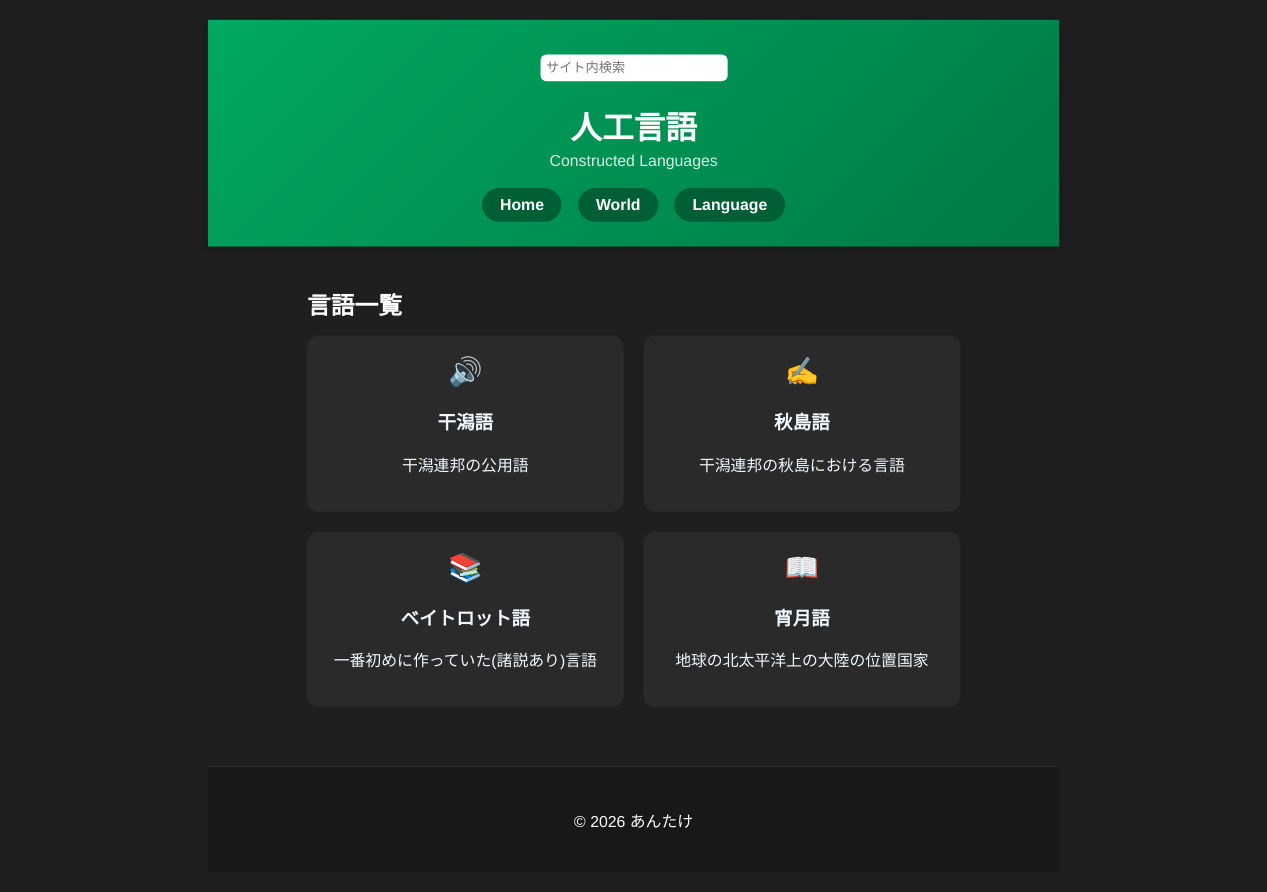
Repository: Player5270-antake/Player5270-antake.github.io
Page: language/index.html
The author's editor kept a copy of each file at every save. The page is drawn from the files as they stood at one save, then again after the next save.
The browser window is 1280 px wide. The pictures show the whole page, at 99% of full size.

Above is the page before, as saved 2026-03-09 08:57:22.

### language/index.html
<!DOCTYPE html>
<html lang="ja">
<head>
    <meta charset="UTF-8">
    <meta name="viewport" content="width=device-width, initial-scale=1.0">
    <title>人工言語 | あんたけのガレージセンター</title>
    <link rel="stylesheet" href="../css/base.css">
    <link rel="stylesheet" href="../css/layout.css">
    <link rel="stylesheet" href="../css/header.css">
    <link rel="stylesheet" href="../css/mainpage.css">
</head>

<body>
    <div class="container">
        <header>
            <div class="search-box">
                <input type="text" id="searchInput" placeholder="サイト内検索">
                <div id="searchResults"></div>
            </div>
            <h1>人工言語</h1>
            <p>Constructed Languages</p>
            <nav class="header-nav">
                <a href="../">Home</a>
                <a href="../world/">World</a>
                <a href="index.html">Language</a>
            </nav>
        </header>
        <main>
            <h2>言語一覧</h2>
            <div class="cards">
            <a href="hagalen/" class="card">
                <div class="card-icon">🔊</div>
                <h3>干潟語</h3>
                <p>干潟連邦の公用語</p>
            </a>
            <a href="akshalen/" class="card">
                <div class="card-icon">✍️</div>
                <h3>秋島語</h3>
                <p>干潟連邦の秋島における言語</p>
            </a>
            <a href="beytrotten/" class="card">
                <div class="card-icon">📚</div>
                <h3>ベイトロット語</h3>
                <p>一番初めに作っていた(諸説あり)言語</p>
            </a>
            <a href="yoizkel/" class="card">
                <div class="card-icon">📖</div>
                <h3>宵月語</h3>
                <p>地球の北太平洋上の大陸の位置国家</p>
            </a>
        </div>
        </main>
        <footer>
            <p>© 2026 あんたけ</p>
        </footer>
    </div>
    <script src="../javascript/main.js" defer></script>
    <script src="../javascript/search-data.js"></script>
    <script src="../javascript/search.js"></script>
</body>
</html>

### css/base.css
/* リセット・基本 */
*{
    box-sizing:border-box;
}

body{
    background-color:#1f1f1f;
    color:white;
    font-family:'Helvetica Neue','Helvetica','Arial',sans-serif;
    margin:0;
}

html{
    scroll-behavior:smooth;
}

.container{
    max-width:900px;
    margin:0 auto;
    padding:20px;
}

/* 見出し */
h2{
    margin-bottom:10px;
}

/* セクション */
section{
    margin-bottom:30px;
}

/*検索ボックス*/
.search-box{
    position:relative;
    margin-top:10px;
}

#searchInput{
    padding:6px;
    border-radius:6px;
    border:none;
}

#searchResults{
    position:absolute;
    background:#2a2a2a;
    width:200px;
    border-radius:6px;
    margin-top:4px;
}

#searchResults div{
    padding:6px;
}

#searchResults a{
    color:white;
    text-decoration:none;
}

### css/layout.css
/* メイン */
main{
    padding:20px;
    margin-top:20px;
    max-width:700px;
    margin:auto;
}

/* フッター */
footer{
    margin-top:40px;
    padding:25px;
    text-align:center;
    background:#181818;
    border-top:1px solid #333;
}

.footer-nav{
    margin-top:10px;
}

.footer-nav a{
    text-decoration:none;
    color:#aaa;
    margin:0 10px;
}

.footer-nav a:hover{
    color:white;
}

/* スクロールバー */
.progress-bar{
    position:fixed;
    top:0;
    left:0;
    width:100%;
    height:4px;
    background:#2a2a2a;
    z-index:2000;
}

.progress{
    height:100%;
    width:0%;
    background:#4a90e2;
    transition:width 0.1s;
}

/*パンくずリスト*/
.breadcrumb {
    font-size: 14px;
    padding: 8px 12px;
    background: #f8f9fa;
    border: 1px solid #ddd;
    border-radius: 6px;
}

.breadcrumb a {
    text-decoration: none;
    color: #3366cc;
}

.breadcrumb a:hover {
    text-decoration: underline;
}

.breadcrumb .sep {
    margin: 0 6px;
    color: #777;
}

.breadcrumb .current {
    color: #555;
    font-weight: bold;
}

### css/header.css
header{
    background:linear-gradient(135deg,#00a960,#007a45);
    padding:25px;
    text-align:center;
    z-index:1000;
    box-shadow:0 2px 8px rgba(0,0,0,0.4);
}

header h1{
    margin-bottom:5px;
    font-size:32px;
}

header p{
    margin-top:0;
    opacity:0.85;
}

/* ナビ */
nav{
    margin-top:18px;
}

.header-nav a{
    text-decoration:none;
    color:white;
    background-color:#005f34;
    padding:8px 18px;
    margin:0 6px;
    border-radius:20px;
    font-weight:bold;
    display:inline-block;
}

.header-nav a:hover{
    background-color:#004d2b;
    transform:translateY(-2px);
}

### css/mainpage.css
/* ヘッダー追従 */
header{
    position:sticky;
    top:0;
}

/* お知らせ */
.news-list{
    list-style:none;
    padding:0;
    margin-top:10px;
}

.news-list li{
    background:#2a2a2a;
    padding:12px 15px;
    border-radius:8px;
    margin-bottom:10px;
}

/* カードUI */
.cards{
    display:grid;
    grid-template-columns:repeat(auto-fit,minmax(250px,1fr));
    gap:20px;
    margin-top:15px;
}

.card{
    display:block;
    background:#2a2a2a;
    padding:20px;
    border-radius:12px;
    text-decoration:none;
    color:aliceblue;
    transition:transform 0.2s, background 0.2s;
    text-align:center;
}

.card:hover{
    background:#333;
    transform:translateY(-3px);
    box-shadow:0 6px 18px rgba(0,0,0,0.4);
}

.card-icon{
    font-size:28px;
    margin-bottom:8px;
}

### javascript/search-data.js
const searchData = [
    {
    title:"干潟語",
    url:"/language/hagalen/",
    category:"language"
    },

    {
    title:"干潟連邦",
    url:"/world/hagal_byuje/",
    category:"world"
    }
];

### javascript/search.js
const input = document.getElementById("searchInput");
const results = document.getElementById("searchResults");

input.addEventListener("input", () => {

const keyword = input.value.toLowerCase();
results.innerHTML = "";

if(keyword.length === 0) return;

const filtered = searchData.filter(item =>
item.title.toLowerCase().includes(keyword)
);

filtered.forEach(item => {

const div = document.createElement("div");

div.innerHTML =
`<a href="${item.url}">${item.title}</a>`;

results.appendChild(div);

});

});

### javascript/main.js
const sections = document.querySelectorAll("section");

const observer = new IntersectionObserver(entries => {

entries.forEach(entry => {

if(entry.isIntersecting){

const id = entry.target.getAttribute("id");

highlightToc(id);

}

});

},{
rootMargin: "-40% 0px -55% 0px"
});

sections.forEach(section=>{
observer.observe(section);
});

After the next save:
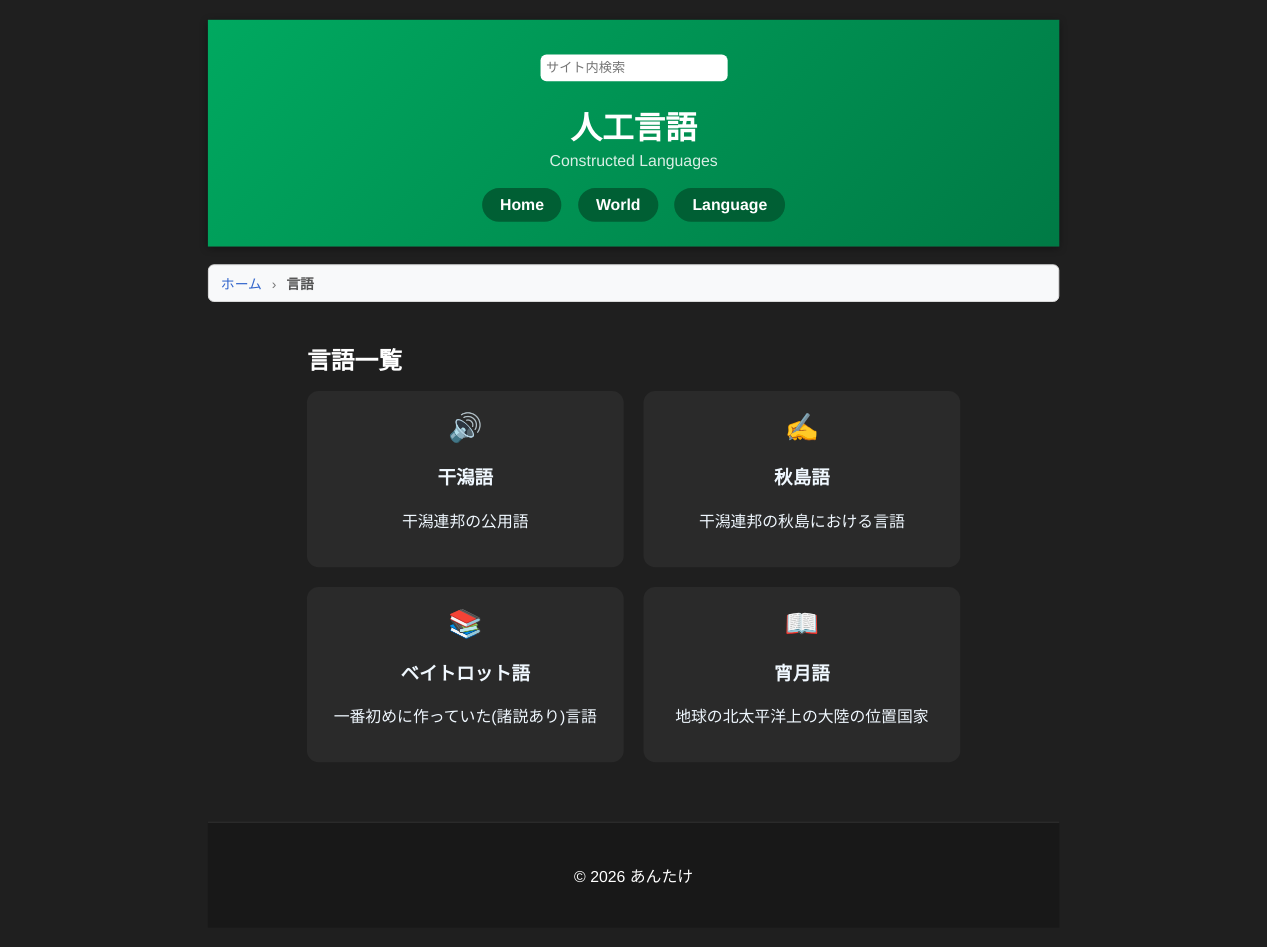
Saved 24 s later.
--- a/language/index.html
+++ b/language/index.html
@@ -25,6 +25,11 @@
                 <a href="index.html">Language</a>
             </nav>
         </header>
+        <nav class="breadcrumb">
+            <a href="../">ホーム</a>
+            <span class="sep">›</span>
+            <span class="current">言語</span>
+        </nav>
         <main>
             <h2>言語一覧</h2>
             <div class="cards">
